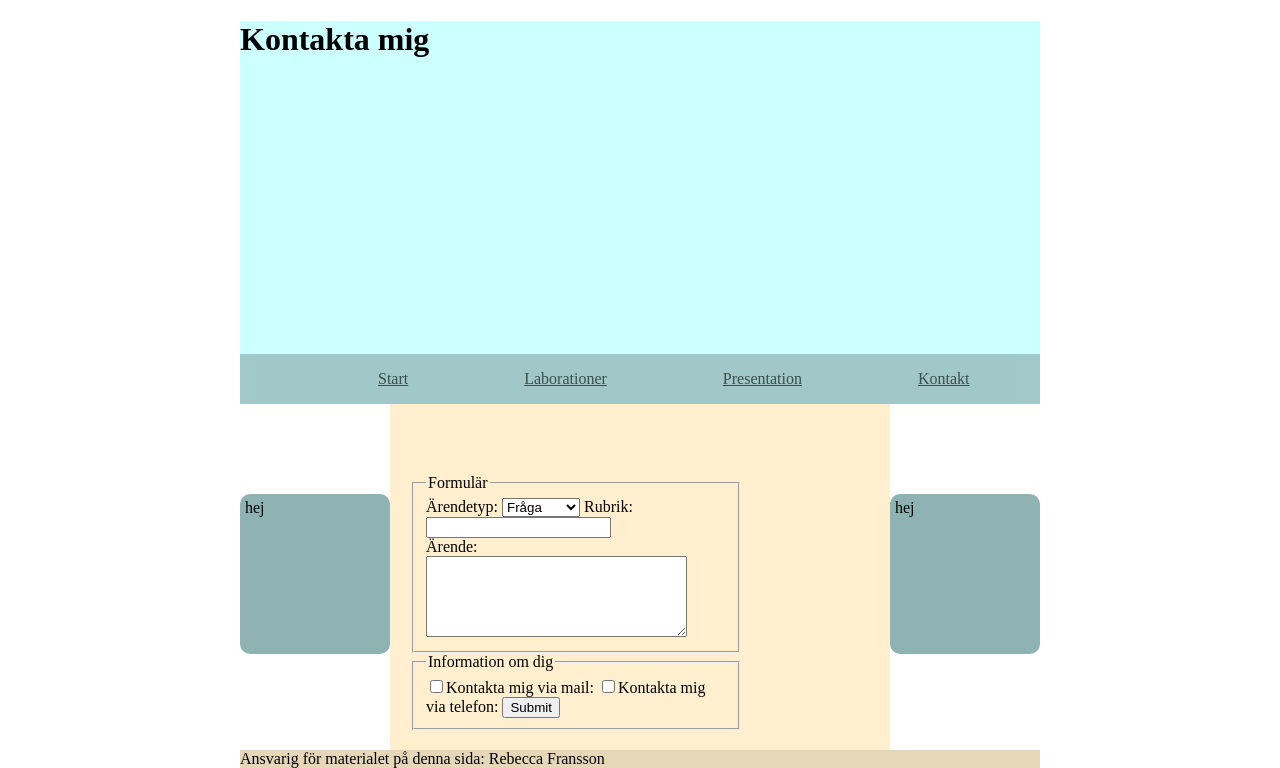
Repository: RebeccaFransson/Interfacedevelopment-1IK415
Page: pages/kontakt.html
The author's editor kept a record of every edit. The page is drawn from the files as they stood at one moment, then again after the next edit.
The browser window is 1280 px wide. The pictures show the whole page.

Above is the page before.

After the next edit:
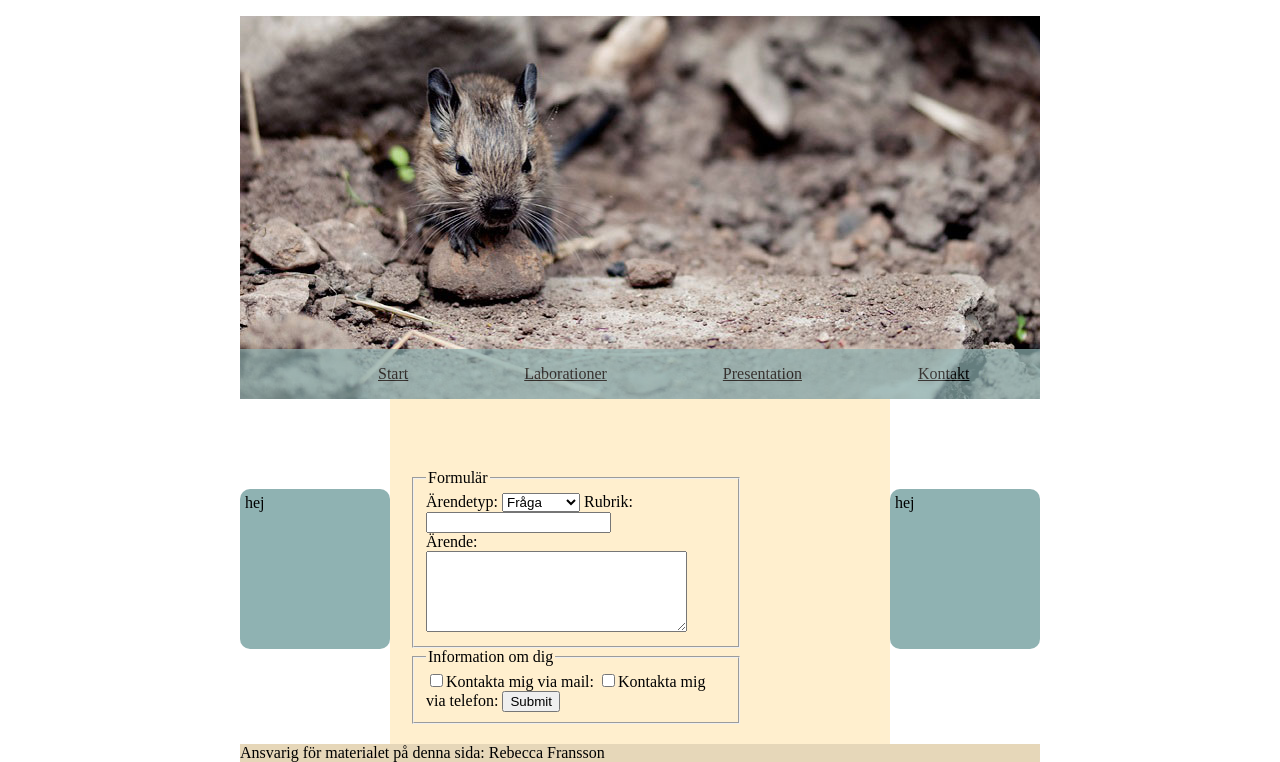
The edit:
--- a/pages/kontakt.html
+++ b/pages/kontakt.html
@@ -8,7 +8,7 @@
     <body>
 
    <div id="header">
-        <h1>Kontakta mig</h1>
+        <p><img src="../Pictures/header.jpg" width="800" height="383" alt=""></p>
 
    </div>
 
